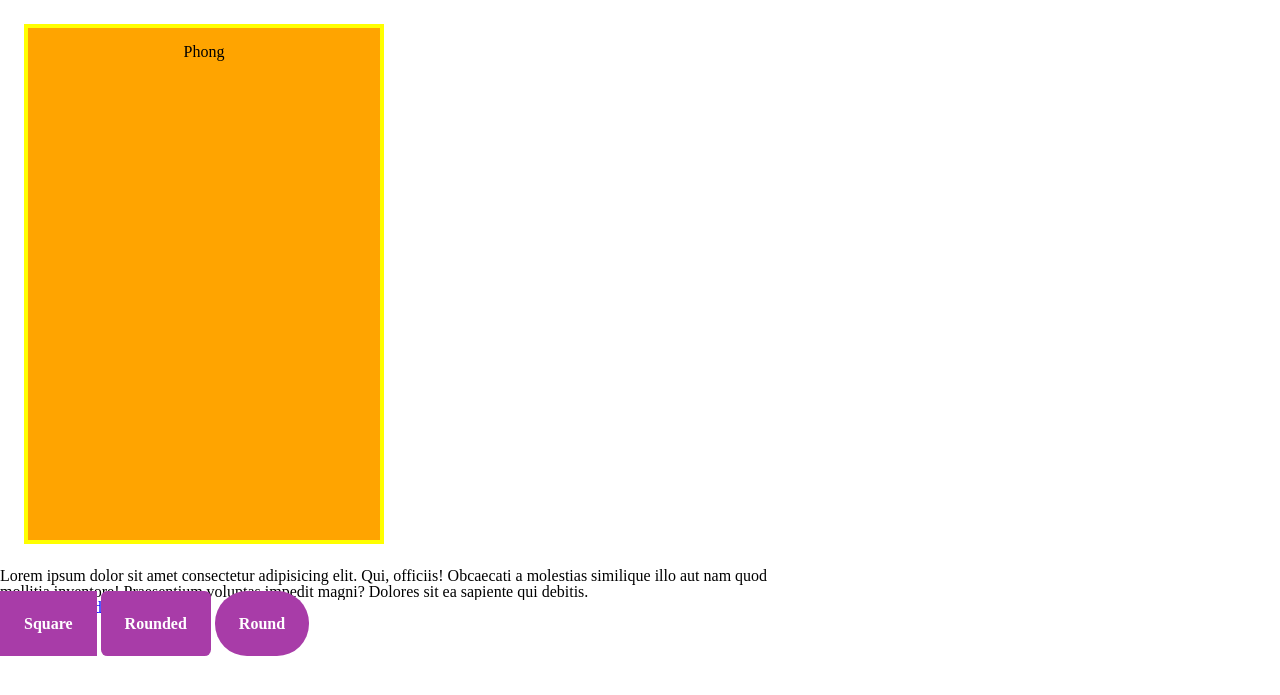
Repository: ThanhPhongsof/Css-Course
Page: index.html
An editor plug-in stored every save of this project. The page is shown before and after the next save, followed by the edit.
The browser window is 1280 px wide. The pictures show the whole page.

Above is the page before, as saved 2022-05-15 10:50:45.

After the next save:
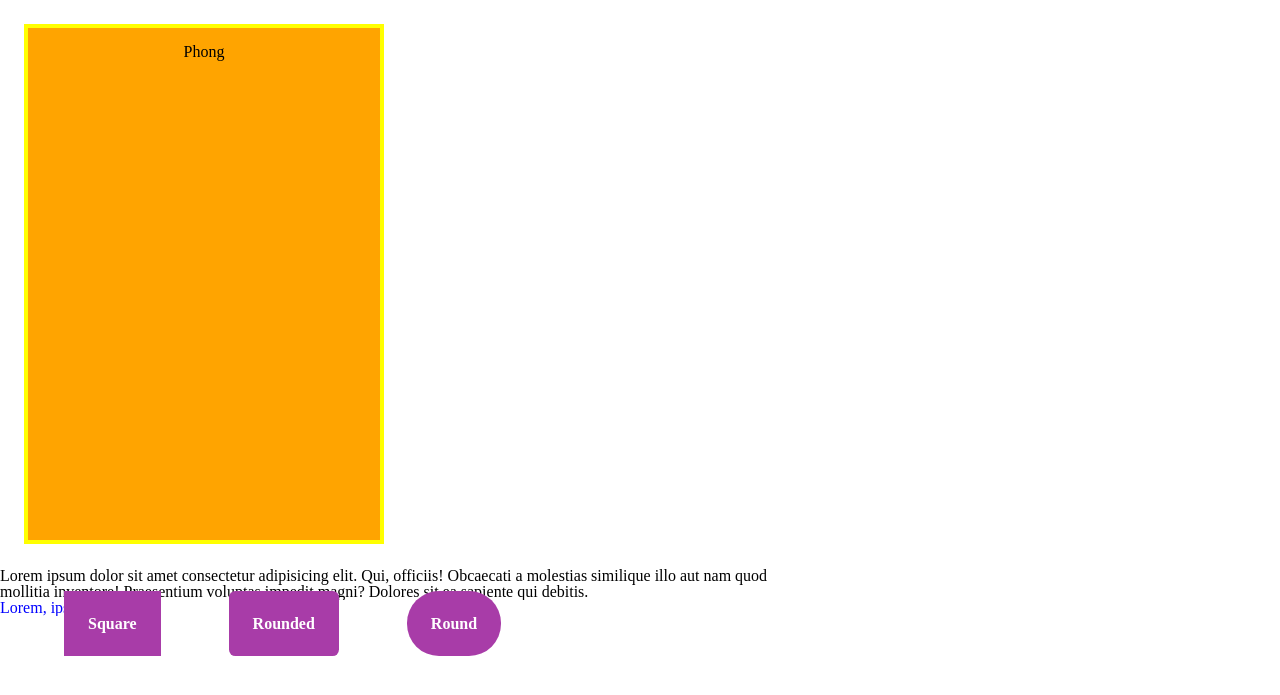
Saved 12 s later.
--- a/styles.css
+++ b/styles.css
@@ -44,6 +44,7 @@
   outline: none;
   text-align: center;
   text-decoration: none;
+  margin-left: 4rem;
 }
 
 .button--square {
